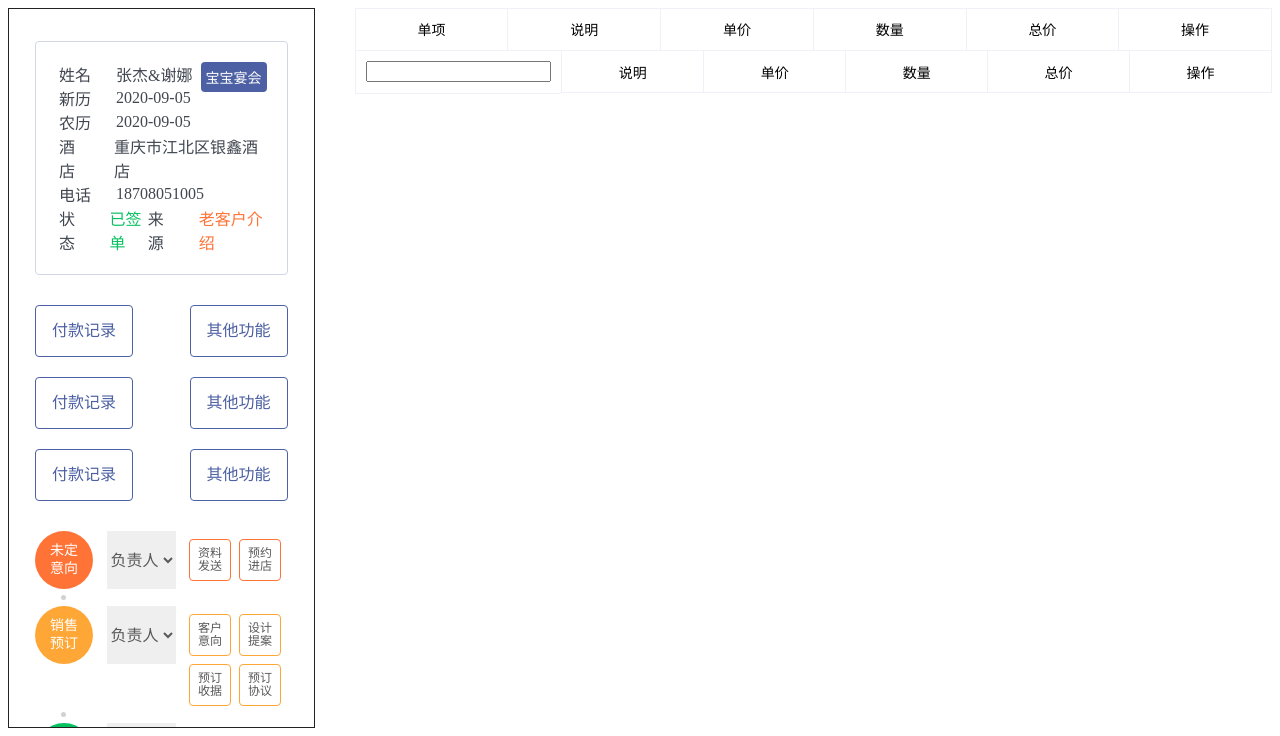
Repository: Lairuola/wedding-1
Page: index.html
An editor plug-in stored every save of this project. The page is shown before and after the next save, followed by the edit.
The browser window is 1280 px wide. The pictures show the whole page.

Above is the page before, as saved 2020-12-24 15:44:38.

### index.html
<!--
 * @Author       : 濑若拉
 * @Date         : 2020-12-17 10:22:14
 * @LastEditors  : 濑若拉
 * @LastEditTime : 2020-12-24 15:43:20
 * @FilePath     : /slidebar/index.html
-->


<!DOCTYPE html>
<html lang="en">

<head>
  <meta charset="UTF-8">
  <meta name="viewport" content="width=device-width, initial-scale=1.0">
  <title>Document</title>
  <style>
    .slide-left {
      width: 402px;
      height: 100vh;
      box-sizing: border-box;
      padding: 32px 26px;
      overflow-y: auto;
      display: flex;
      flex-direction: column;
      align-items: center;
      border: 1px solid #222;
    }

    .info {
      width: 100%;
      height: 328px;
      display: flex;
      flex-direction: column;
      justify-content: space-between;
      padding: 20px 23px;
      position: relative;
      box-sizing: border-box;
      border-radius: 4px;
      border: solid 1px #d1d6e7;
    }

    .info .row {
      width: 100%;
      display: flex;
      font-size: 16px;
      color: #414750;
      flex-direction: row;
      align-items: center;
    }

    .info .row .label,
    .info .end-row .item .label {
      margin-right: 25px;
    }

    .info .end-row {
      width: 100%;
      display: flex;
      flex-direction: row;
      align-items: center;
      justify-content: space-between;
      font-size: 16px;
      color: #414750;
    }

    .info .end-row .item {
      display: flex;
      flex-direction: row;
      align-items: center;
      font-size: 16px;
      color: #414750;
    }

    .info .info-tag {
      padding: 5px;
      background-color: #4c60a3;
      border-radius: 4px;
      font-size: 14px;
      color: #fff;
      position: absolute;
      top: 20px;
      right: 20px;
    }

    .btn-area {
      width: 100%;
      display: flex;
      flex-direction: row;
      align-items: center;
      justify-content: space-between;
      flex-wrap: wrap;
      margin-top: 10px;
      margin-bottom: 30px;
    }

    .btn-area .btn {
      width: 96px;
      height: 50px;
      background-color: #ffffff;
      border-radius: 4px;
      border: solid 1px #4c60a3;
      font-size: 16px;
      color: #4c60a3;
      text-align: center;
      line-height: 50px;
      margin-top: 20px;
    }

    .bot-area {
      width: 100%;
      display: flex;
      flex-direction: column;
    }

    .bot-area .item {
      width: 100%;
      display: flex;
      flex-direction: row;
      position: relative;
      padding-bottom: 17px;
    }

    .bot-area .item .circle {
      width: 58px;
      height: 58px;
      color: #fff;
      border-radius: 100%;
      display: flex;
      align-items: center;
      justify-content: center;
    }

    .bot-area .item .circle .text {
      width: 28px;
      height: 36px;
      font-size: 14px;
      line-height: 18px;
    }

    .bot-area .item .select-wrap {
      width: 96px;
      text-align: center;
    }

    .bot-area .item .select-wrap .bot-select {
      border: none;
      outline: none;
      color: #595959;
      font-size: 16px;
      height: 58px;
    }

    .bot-area .item .btn-row {
      flex: 1;
      display: flex;
      flex-direction: row;
      flex-wrap: wrap;
      margin-right: -8px;
    }

    .bot-area .item .btn-row .btn {
      width: 40px;
      height: 40px;
      border-radius: 4px;
      margin-right: 8px;
      border: 1px solid;
      display: flex;
      align-items: center;
      justify-content: center;
      margin-top: 8px;
      color: #595959;
    }

    .bot-area .item .btn-row .btn .word {
      width: 24px;
      height: 26px;
      font-size: 12px;
      line-height: 13px;
      letter-spacing: 0px;
    }

    .bot-area .item .dot {
      width: 5px;
      height: 5px;
      background-color: #d2d2d2;
      border-radius: 100%;
      position: absolute;
      bottom: 6px;
      left: 26px;
    }

    .bot-area .item .btn-row .btn.orange {
      border-color: #ff7336;
    }

    .bot-area .item .btn-row .btn.orange:hover {
      background-color: #ff7336;
      color: #fff;
    }

    .bot-area .item .btn-row .btn.yellow {
      border-color: #ffa736;
    }

    .bot-area .item .btn-row .btn.yellow:hover {
      background-color: #ffa736;
      color: #fff;
    }

    .bot-area .item .btn-row .btn.green {
      border-color: #07c160;
    }

    .bot-area .item .btn-row .btn.green:hover {
      background-color: #07c160;
      color: #fff;
    }

    .bot-area .item .btn-row .btn.aqua {
      border-color: #0bc8cb;
    }

    .bot-area .item .btn-row .btn.aqua:hover {
      background-color: #0bc8cb;
      color: #fff;
    }

    .bot-area .item .btn-row .btn.blue {
      border-color: #3d9bfb;
    }

    .bot-area .item .btn-row .btn.blue:hover {
      background-color: #3d9bfb;
      color: #fff;
    }

    .bot-area .item .btn-row .btn.cornflowerblue {
      border-color: #4c60a3;
    }

    .bot-area .item .btn-row .btn.cornflowerblue:hover {
      background-color: #4c60a3;
      color: #fff;
    }

    .color-green {
      color: #07c160
    }

    .color-orange {
      color: #ff7336;
    }

    .bg-color-red {
      background-color: #ff7336;
    }

    .bg-color-yellow {
      background-color: #ffa736;
    }

    .bg-color-green {
      background-color: #07c160;
    }

    .bg-color-aqua {
      background-color: #0bc8cb;
    }

    .bg-color-blue {
      background-color: #3d9bfb;
    }

    .bg-color-cornflowerblue {
      background-color: #4c60a3;
    }
  </style>
  <style>
    .my-table {
      width: 100%;
      height: 80vh;
      display: flex;
      flex-direction: column;
      margin-left: 40px;
    }

    .my-table .rows {
      width: 100%;
      display: flex;
      flex-direction: row;
      align-items: center;
    }

    .my-table .rows .item {
      flex: 1;
      border: 1px solid #222;
      box-sizing: border-box;
      display: flex;
      align-items: center;
      justify-content: center;
      border: 1px solid #eff1f7;
      font-size: 14px;
      padding: .65rem;
    }

    .my-table .rows .item:not(:last-child) {
      border-right: 0
    }

    .my-table .rows:not(:last-child) .item {
      border-bottom: 0;
    }
  </style>
</head>

<body style="display: flex;flex-direction: row;">
  <div class="slide-left">
    <!-- 资料 -->
    <div class="info">
      <div class="row">
        <div class="label">姓名</div>
        <div class="content">张杰&谢娜</div>
      </div>
      <div class="row">
        <div class="label">新历</div>
        <div class="content">2020-09-05</div>
      </div>
      <div class="row">
        <div class="label">农历</div>
        <div class="content">2020-09-05</div>
      </div>
      <div class="row">
        <div class="label">酒店</div>
        <div class="content">重庆市江北区银鑫酒店</div>
      </div>
      <div class="row">
        <div class="label">电话</div>
        <div class="content">18708051005</div>
      </div>
      <div class="end-row">
        <div class="item">
          <div class="label">状态</div>
          <div class="content color-green">已签单</div>
        </div>
        <div class="item">
          <div class="label">来源</div>
          <div class="content color-orange">老客户介绍</div>
        </div>
      </div>
      <!-- tag -->
      <div class="info-tag">宝宝宴会</div>
    </div>
    <!-- btn-area -->
    <div class="btn-area">
      <div class="btn">付款记录</div>
      <div class="btn">其他功能</div>
      <div class="btn">付款记录</div>
      <div class="btn">其他功能</div>
      <div class="btn">付款记录</div>
      <div class="btn">其他功能</div>
    </div>
    <!-- bot-area -->
    <div class="bot-area">
      <div class="item">
        <div class="circle bg-color-red">
          <div class="text">未定意向</div>
        </div>
        <div class="select-wrap">
          <select class='bot-select' name="" id="">
            <option value="">负责人</option>
          </select>
        </div>
        <div class="btn-row">
          <div class="btn orange">
            <div class="word">资料发送</div>
          </div>
          <div class="btn orange">
            <div class="word">预约进店</div>
          </div>
        </div>
        <div class="dot"></div>
      </div>
      <div class="item">
        <div class="circle bg-color-yellow">
          <div class="text">销售预订</div>
        </div>
        <div class="select-wrap">
          <select class='bot-select' name="" id="">
            <option value="">负责人</option>
          </select>
        </div>
        <div class="btn-row">
          <div class="btn yellow">
            <div class="word">客户意向</div>
          </div>
          <div class="btn yellow">
            <div class="word">设计提案</div>
          </div>
          <div class="btn yellow">
            <div class="word">预订收据</div>
          </div>
          <div class="btn yellow">
            <div class="word">预订协议</div>
          </div>
        </div>
        <div class="dot"></div>
      </div>
      <div class="item">
        <div class="circle bg-color-green">
          <div class="text">设计策划</div>
        </div>
        <div class="select-wrap">
          <select class='bot-select' name="" id="">
            <option value="">负责人</option>
          </select>
        </div>
        <div class="btn-row">
          <div class="btn green">
            <div class="word">策划设计</div>
          </div>
          <div class="btn green">
            <div class="word">价格明细</div>
          </div>
          <div class="btn green">
            <div class="word">正式合同</div>
          </div>
          <div class="btn green">
            <div class="word">搭建清单</div>
          </div>
        </div>
        <div class="dot"></div>
      </div>
      <div class="item">
        <div class="circle bg-color-aqua">
          <div class="text">服务统筹</div>
        </div>
        <div class="select-wrap">
          <select class='bot-select' name="" id="">
            <option value="">负责人</option>
          </select>
        </div>
        <div class="btn-row">
          <div class="btn aqua">
            <div class="word">统筹服务</div>
          </div>
        </div>
        <div class="dot"></div>
      </div>
      <div class="item">
        <div class="circle bg-color-blue">
          <div class="text">执行搭建</div>
        </div>
        <div class="select-wrap">
          <select class='bot-select' name="" id="">
            <option value="">负责人</option>
          </select>
        </div>
        <div class="btn-row">
          <div class="btn blue">
            <div class="word">搭建确认</div>
          </div>
          <div class="btn blue">
            <div class="word">执行完成</div>
          </div>
        </div>
        <div class="dot"></div>
      </div>
      <div class="item">
        <div class="circle bg-color-cornflowerblue">
          <div class="text">成本结算</div>
        </div>
        <div class="select-wrap">
          <select class='bot-select' name="" id="">
            <option value="">负责人</option>
          </select>
        </div>
        <div class="btn-row">
          <div class="btn cornflowerblue">
            <div class="word">成本核算</div>
          </div>
        </div>
      </div>
    </div>
  </div>
  <div class="my-table">
    <div class="rows">
      <div class="item">单项</div>
      <div class="item">说明</div>
      <div class="item">单价</div>
      <div class="item">数量</div>
      <div class="item">总价</div>
      <div class="item">操作</div>
    </div>
    <div class="rows">
      <div class="item">
        <input type="text">
      </div>
      <div class="item">说明</div>
      <div class="item">单价</div>
      <div class="item">数量</div>
      <div class="item">总价</div>
      <div class="item">操作</div>
    </div>
  </div>
</body>

</html>

After the next save:
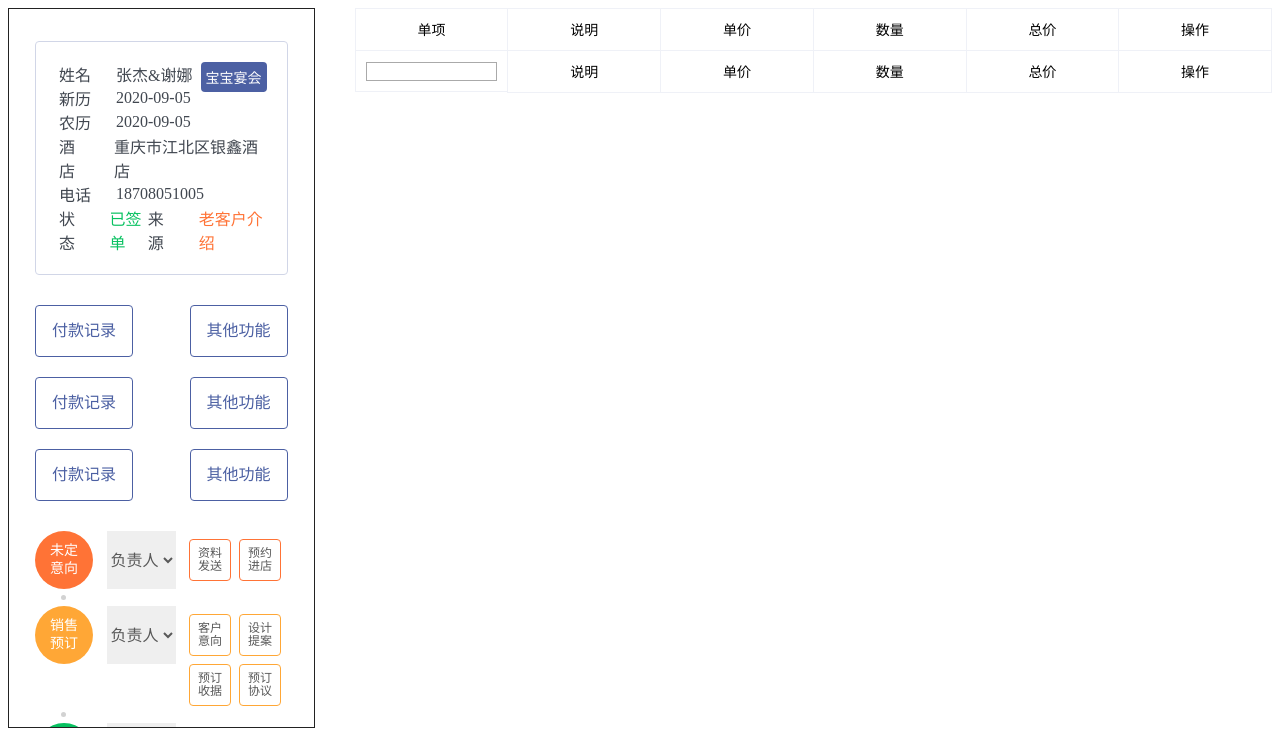
Saved 117 s later.
--- a/index.html
+++ b/index.html
@@ -2,7 +2,7 @@
  * @Author       : 濑若拉
  * @Date         : 2020-12-17 10:22:14
  * @LastEditors  : 濑若拉
- * @LastEditTime : 2020-12-24 15:43:20
+ * @LastEditTime : 2020-12-24 15:46:35
  * @FilePath     : /slidebar/index.html
 -->
 
@@ -310,6 +310,13 @@
 
     .my-table .rows:not(:last-child) .item {
       border-bottom: 0;
+    }
+
+    .my-table .rows .item .single {
+      background-color: #fff;
+      border: 1px solid #aaa;
+      width: 100%;
+      height: 100%;
     }
   </style>
 </head>
@@ -494,7 +501,7 @@
     </div>
     <div class="rows">
       <div class="item">
-        <input type="text">
+        <input class="single" type="text">
       </div>
       <div class="item">说明</div>
       <div class="item">单价</div>
